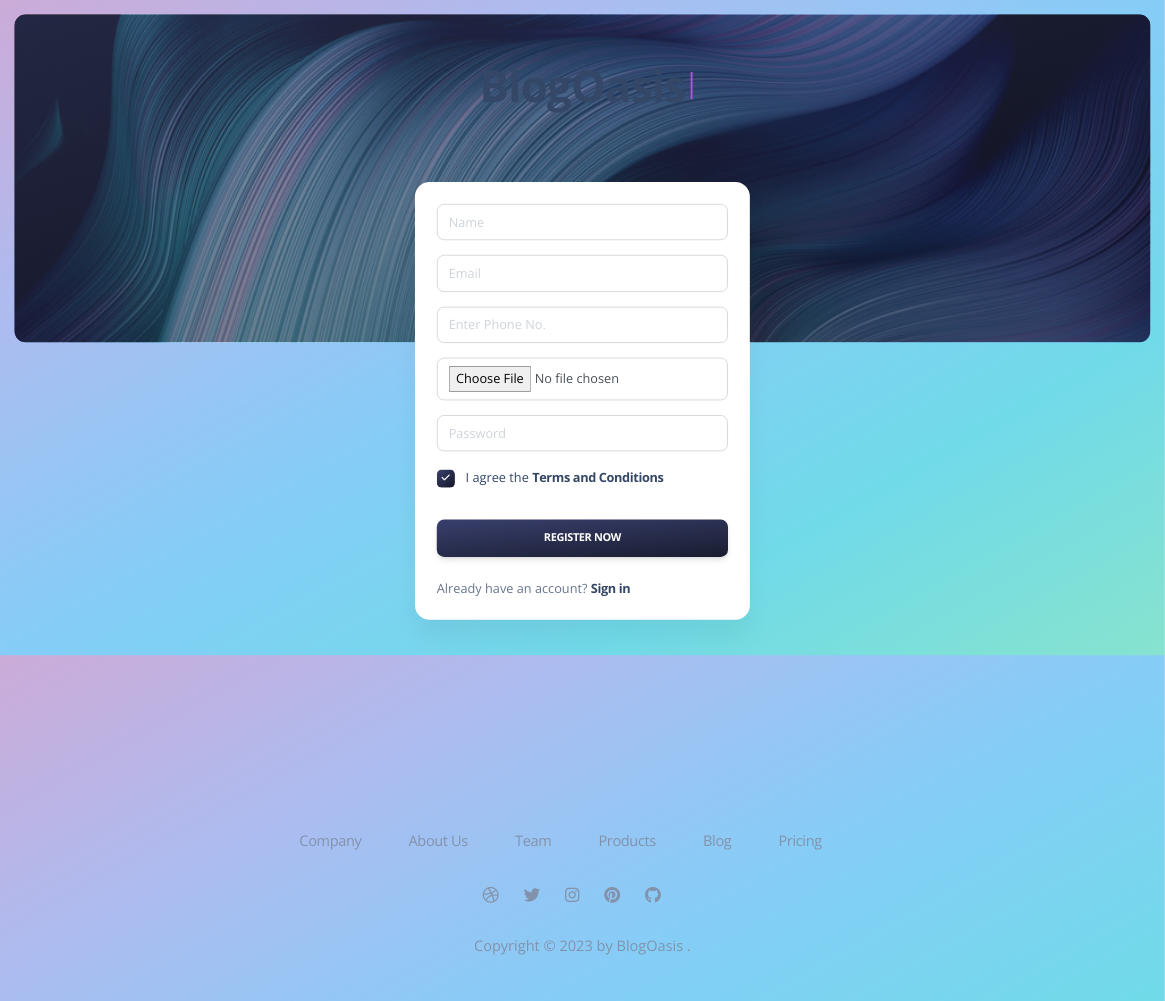
Repository: jigar-64/BlogOasis
Page: http://localhost/blogoasis/admin/pages/sign-up.php
The author's editor kept a copy of each file at every save. The page is drawn from the files as they stood at one save, then again after the next save.
The browser window is 1280 px wide. The pictures show the whole page, at 91% of full size.
Backgrounds fixed to the window are drawn as part of the page. Some web libraries are served in a nearby version. The page is run by PHP 8.4 with error messages shown; the project is at /var/www/html/.

Above is the page before, as saved 2023-08-13 02:25:21.

### BlogOasis API/admin/pages/sign-up.php

<!DOCTYPE html>
<html lang="en">
  <head>
    <meta charset="UTF-8" />
    <meta http-equiv="X-UA-Compatible" content="IE=edge" />
    <meta name="viewport" content="width=device-width, initial-scale=1.0" />
    <link rel="apple-touch-icon" sizes="76x76" href="../assets/img/apple-icon.png" />
    <link rel="icon" type="image/png" href="../assets/img/favicon.png" />
    <title>Soft UI Dashboard Tailwind</title>
    <!-- Fonts and icons -->
    <link href="https://fonts.googleapis.com/css?family=Open+Sans:300,400,600,700" rel="stylesheet" />
    <!-- Font Awesome Icons -->
    <script src="https://kit.fontawesome.com/42d5adcbca.js" crossorigin="anonymous"></script>
    <!-- Nucleo Icons -->
    <link href="../assets/css/nucleo-icons.css" rel="stylesheet" />
    <link href="../assets/css/nucleo-svg.css" rel="stylesheet" />
    <!-- Main Styling -->
    <link href="../assets/css/soft-ui-dashboard-tailwind.css?v=1.0.5" rel="stylesheet" />
<!-- custom css -->
<link rel="stylesheet" href="../assets/css/custom.css">
    <!-- responsive css -->
    <link rel="stylesheet" href="../assets/css/responsive.css">
    <!-- Nepcha Analytics (nepcha.com) -->
    <!-- Nepcha is a easy-to-use web analytics. No cookies and fully compliant with GDPR, CCPA and PECR. -->
    <script defer data-site="YOUR_DOMAIN_HERE" src="https://api.nepcha.com/js/nepcha-analytics.js"></script>
    <style>

.typeAnimation {
    color: white;
    font-size: 2rem;
    font-weight: 600;
    position: relative;
}

.typeAnimation span {
    color: #bfb6f5e8;
    position: relative;
}

.typeAnimation span::before {
    content: "";
    height: 30px;
    width: 2px;
    position: absolute;
    top: 50%;
    right: -8px;
    background: #BD53ED;
    transform: translateY(-50%); /* Adjusted position for better alignment */
    animation: blink 0.7s infinite;
}
.typeAnimation span.stop-blinking::before {
    animation: none;
}
@keyframes blink {
    50% {
        opacity: 0;
    }
}

/* Responsive animation styles for smaller screens */
@media screen and (max-width: 640px) {
    .typeAnimation {
        font-size: 1.5rem;
    }

    .typeAnimation span::before {
        height: 20px;
        width: 2px;
        right: -5px; /* Adjusted position */
    }
}

    </style>
  </head>

  <body class="m-0 font-sans antialiased font-normal bg-white text-start text-base leading-default text-slate-500 bg-body">



    <main class="mt-0 transition-all duration-200 ease-soft-in-out">
      <section class="min-h-screen mb-32">
        <div class="relative flex items-start pt-12 pb-56 m-4 overflow-hidden bg-center bg-cover min-h-50-screen rounded-xl" style="background-image: url('../assets/img/curved-images/curved14.jpg')">
          <span class="absolute top-0 left-0 w-full h-full bg-center bg-cover bg-gradient-to-tl from-gray-900 to-slate-800 opacity-60"></span>
          <div class="container z-10">
            <div class="flex flex-wrap justify-center -mx-3">
              <div class="w-full max-w-full px-3 mx-auto mt-0 text-center lg:flex-0 shrink-0 lg:w-5/12">
                    <div class="typeAnimation">
                       <h1 >BlogOasis <span></span> </h1>

                  </div>
                <!-- <p class="text-white">Use these awesome forms to login or create new account in your project for free.</p> -->
              </div>
            </div>
          </div>
        </div>
        <div class="container">
          <div class="flex flex-wrap -mx-3 -mt-48 md:-mt-56 lg:-mt-48">
            <div class="w-full max-w-full px-3 mx-auto mt-0 md:flex-0 shrink-0 md:w-7/12 lg:w-5/12 xl:w-4/12">
              <div class="relative z-0 flex flex-col min-w-0 break-words bg-white border-0 shadow-soft-xl rounded-2xl bg-clip-border">

                <div class="flex-auto p-6">
                  <form action="" role="form text-left" method="post" enctype="multipart/form-data" >
                    <div class="mb-4">
                      <input type="text" class="text-sm focus:shadow-soft-primary-outline leading-5.6 ease-soft block w-full appearance-none rounded-lg border border-solid border-gray-300 bg-white bg-clip-padding py-2 px-3 font-normal text-gray-700 transition-all focus:border-fuchsia-300 focus:bg-white focus:text-gray-700 focus:outline-none focus:transition-shadow" placeholder="Name" aria-label="Name" aria-describedby="email-addon" name="user_name" required/>
                    </div>
                    <div class="mb-4">
                      <input type="email" class="text-sm focus:shadow-soft-primary-outline leading-5.6 ease-soft block w-full appearance-none rounded-lg border border-solid border-gray-300 bg-white bg-clip-padding py-2 px-3 font-normal text-gray-700 transition-all focus:border-fuchsia-300 focus:bg-white focus:text-gray-700 focus:outline-none focus:transition-shadow" placeholder="Email" aria-label="Email" aria-describedby="email-addon" name="user_email" required />
                    </div>
                    <div class="mb-4">
                      <input type="text" class="text-sm focus:shadow-soft-primary-outline leading-5.6 ease-soft block w-full appearance-none rounded-lg border border-solid border-gray-300 bg-white bg-clip-padding py-2 px-3 font-normal text-gray-700 transition-all focus:border-fuchsia-300 focus:bg-white focus:text-gray-700 focus:outline-none focus:transition-shadow" placeholder="Enter Phone No." aria-label="pno" aria-describedby="email-addon" name="user_phoneNo" required />
                    </div>
                    <div class="mb-4">
                      <input type="file" class="text-sm focus:shadow-soft-primary-outline leading-5.6 ease-soft block w-full appearance-none rounded-lg border border-solid border-gray-300 bg-white bg-clip-padding py-2 px-3 font-normal text-gray-700 transition-all focus:border-fuchsia-300 focus:bg-white focus:text-gray-700 focus:outline-none focus:transition-shadow" placeholder="" aria-label="pno" aria-describedby="email-addon" name="user_img" required/>
                    </div>
                    <div class="mb-4">
                      <input type="password" class="text-sm focus:shadow-soft-primary-outline leading-5.6 ease-soft block w-full appearance-none rounded-lg border border-solid border-gray-300 bg-white bg-clip-padding py-2 px-3 font-normal text-gray-700 transition-all focus:border-fuchsia-300 focus:bg-white focus:text-gray-700 focus:outline-none focus:transition-shadow" placeholder="Password" aria-label="Password" aria-describedby="password-addon" name="user_pass" required/>
                    </div>
                    <div class="min-h-6 pl-6.92 mb-0.5 block">
                      <input id="terms" class="w-4.92 h-4.92 ease-soft -ml-6.92 rounded-1.4 checked:bg-gradient-to-tl checked:from-gray-900 checked:to-slate-800 after:text-xxs after:font-awesome after:duration-250 after:ease-soft-in-out duration-250 relative float-left mt-1 cursor-pointer appearance-none border border-solid border-slate-200 bg-white bg-contain bg-center bg-no-repeat align-top transition-all after:absolute after:flex after:h-full after:w-full after:items-center after:justify-center after:text-white after:opacity-0 after:transition-all after:content-['\f00c'] checked:border-0 checked:border-transparent checked:bg-transparent checked:after:opacity-100" type="checkbox" value="" checked />
                      <label class="mb-2 ml-1 font-normal cursor-pointer select-none text-sm text-slate-700" for="terms"> I agree the <a href="javascript:;" class="font-bold text-slate-700">Terms and Conditions</a> </label>
                    </div>
                    <div class="text-center">
                      <button type="submit" class="inline-block w-full px-6 py-3 mt-6 mb-2 font-bold text-center text-white uppercase align-middle transition-all bg-transparent border-0 rounded-lg cursor-pointer active:opacity-85 hover:scale-102 hover:shadow-soft-xs leading-pro text-xs ease-soft-in tracking-tight-soft shadow-soft-md bg-150 bg-x-25 bg-gradient-to-tl from-gray-900 to-slate-800 hover:border-slate-700 hover:bg-slate-700 hover:text-white" name="register">Register Now</button>
                    </div>
                    <p class="mt-4 mb-0 leading-normal text-sm">Already have an account? <a href="../pages/sign-in.html" class="font-bold text-slate-700">Sign in</a></p>
                  </form>
                </div>
              </div>
            </div>
          </div>
        </div>
      </section>
      <!-- -------- START FOOTER 3 w/ COMPANY DESCRIPTION WITH LINKS & SOCIAL ICONS & COPYRIGHT ------- -->
      <footer class="py-12">
        <div class="container">
          <div class="flex flex-wrap -mx-3">
            <div class="flex-shrink-0 w-full max-w-full mx-auto mb-6 text-center lg:flex-0 lg:w-8/12">
              <a href="#" target="_blank" class="mb-2 mr-4 text-slate-400 sm:mb-0 xl:mr-12"> Company </a>
              <a href="#" target="_blank" class="mb-2 mr-4 text-slate-400 sm:mb-0 xl:mr-12"> About Us </a>
              <a href="#" target="_blank" class="mb-2 mr-4 text-slate-400 sm:mb-0 xl:mr-12"> Team </a>
              <a href="#" target="_blank" class="mb-2 mr-4 text-slate-400 sm:mb-0 xl:mr-12"> Products </a>
              <a href="#" target="_blank" class="mb-2 mr-4 text-slate-400 sm:mb-0 xl:mr-12"> Blog </a>
              <a href="#" target="_blank" class="mb-2 mr-4 text-slate-400 sm:mb-0 xl:mr-12"> Pricing </a>
            </div>
            <div class="flex-shrink-0 w-full max-w-full mx-auto mt-2 mb-6 text-center lg:flex-0 lg:w-8/12">
              <a href="#" target="_blank" class="mr-6 text-slate-400">
                <span class="text-lg fab fa-dribbble"></span>
              </a>
              <a href="#" target="_blank" class="mr-6 text-slate-400">
                <span class="text-lg fab fa-twitter"></span>
              </a>
              <a href="#" target="_blank" class="mr-6 text-slate-400">
                <span class="text-lg fab fa-instagram"></span>
              </a>
              <a href="#" target="_blank" class="mr-6 text-slate-400">
                <span class="text-lg fab fa-pinterest"></span>
              </a>
              <a href="#" target="_blank" class="mr-6 text-slate-400">
                <span class="text-lg fab fa-github"></span>
              </a>
            </div>
          </div>
          <div class="flex flex-wrap -mx-3">
            <div class="w-8/12 max-w-full px-3 mx-auto mt-1 text-center flex-0">
              <p class="mb-0 text-slate-400">
                Copyright ©
                <script>
                  document.write(new Date().getFullYear());
                </script>
                 by BlogOasis .
              </p>
            </div>
          </div>
        </div>
      </footer>
      <!-- -------- END FOOTER 3 w/ COMPANY DESCRIPTION WITH LINKS & SOCIAL ICONS & COPYRIGHT ------- -->
    </main>
  </body>
  <!-- plugin for scrollbar  -->
  <script src="../assets/js/plugins/perfect-scrollbar.min.js" async></script>
  <!-- main script file  -->
  <script src="../assets/js/soft-ui-dashboard-tailwind.js?v=1.0.5" async></script>
  <script>
    const dynamicText = document.querySelector("h1 span");
const words = ["WELCOME YOU", "CREATE BLOG BY YOUR SELEF", "SHOW YOUR KNOWLEDGE", "START NOW","WORK WITH ONE OF US"];

// Variables to track the position and deletion status of the word
let wordIndex = 0;
let charIndex = 0;
let isDeleting = false;

const typeEffect = () => {
    const currentWord = words[wordIndex];
    const currentChar = currentWord.substring(0, charIndex);
    dynamicText.textContent = currentChar;
    dynamicText.classList.add("stop-blinking");

    if (!isDeleting && charIndex < currentWord.length) {
        // If condition is true, type the next character
        charIndex++;
        setTimeout(typeEffect, 200);
    } else if (isDeleting && charIndex > 0) {
        // If condition is true, remove the previous character
        charIndex--;
        setTimeout(typeEffect, 100);
    } else {
        // If word is deleted then switch to the next word
        isDeleting = !isDeleting;
        dynamicText.classList.remove("stop-blinking");
        wordIndex = !isDeleting ? (wordIndex + 1) % words.length : wordIndex;
        setTimeout(typeEffect, 1200);
    }
}

typeEffect();



  </script>
</html>

### BlogOasis API/admin/assets/css/nucleo-svg.css
/* Generated using nucleoapp.com */
/* --------------------------------

Icon colors

-------------------------------- */

.icon {
  display: inline-block;
  /* icon primary color */
  color: #111111;
  height: 1em;
  width: 1em;
}

.icon use {
  /* icon secondary color - fill */
  fill: #7ea6f6;
}

.icon.icon-outline use {
  /* icon secondary color - stroke */
  stroke: #7ea6f6;
}

/* --------------------------------

Change icon size

-------------------------------- */

.icon-xs {
  height: 0.5em;
  width: 0.5em;
}

.icon-sm {
  height: 0.8em;
  width: 0.8em;
}

.icon-lg {
  height: 1.6em;
  width: 1.6em;
}

.icon-xl {
  height: 2em;
  width: 2em;
}

/* --------------------------------

Align icon and text

-------------------------------- */

.icon-text-aligner {
  /* add this class to parent element that contains icon + text */
  display: flex;
  align-items: center;
}

.icon-text-aligner .icon {
  color: inherit;
  margin-right: 0.4em;
}

.icon-text-aligner .icon use {
  color: inherit;
  fill: currentColor;
}

.icon-text-aligner .icon.icon-outline use {
  stroke: currentColor;
}

/* --------------------------------

Icon reset values - used to enable color customizations

-------------------------------- */

.icon {
  fill: currentColor;
  stroke: none;
}

.icon.icon-outline {
  fill: none;
  stroke: currentColor;
}

.icon use {
  stroke: none;
}

.icon.icon-outline use {
  fill: none;
}

/* --------------------------------

Stroke effects - Nucleo outline icons

- 16px icons -> up to 1px stroke (16px outline icons do not support stroke changes)
- 24px, 32px icons -> up to 2px stroke
- 48px, 64px icons -> up to 4px stroke

-------------------------------- */

.icon-outline.icon-stroke-1 {
  stroke-width: 1px;
}

.icon-outline.icon-stroke-2 {
  stroke-width: 2px;
}

.icon-outline.icon-stroke-3 {
  stroke-width: 3px;
}

.icon-outline.icon-stroke-4 {
  stroke-width: 4px;
}

.icon-outline.icon-stroke-1 use,
.icon-outline.icon-stroke-3 use {
  -webkit-transform: translateX(0.5px) translateY(0.5px);
  -moz-transform: translateX(0.5px) translateY(0.5px);
  -ms-transform: translateX(0.5px) translateY(0.5px);
  -o-transform: translateX(0.5px) translateY(0.5px);
  transform: translateX(0.5px) translateY(0.5px);
}

### BlogOasis API/admin/assets/css/custom.css
/* s */
.navlogo{
    margin: 12px;
}
.navColor{
    background-color: lavender;
}
.bg-body {
   background-attachment: fixed;
  background-image: linear-gradient(to right bottom, #ccabd8, #acbcf0, #85cdf7, #71dae9, #86e3ce);
  }

  .adjustBredcrum{
    padding: unset;
  }

  a {
    text-decoration: none;
    color: black;
  }
  .textareaResize{
    resize: none;
  }
  #blogContent::-webkit-scrollbar{
    display: none;
  }

### BlogOasis API/admin/assets/css/responsive.css
@media screen and (max-width: 443px) {


    .navlogo{
        margin: 12px;
    }
}

### BlogOasis API/admin/assets/css/perfect-scrollbar.css
/*
 * Container style
 */
.ps {
  overflow: hidden !important;
  overflow-anchor: none;
  -ms-overflow-style: none;
  touch-action: auto;
  -ms-touch-action: auto;
}

/*
   * Scrollbar rail styles
   */
.ps__rail-x {
  display: none;
  opacity: 0;
  transition: background-color 0.2s linear, opacity 0.2s linear;
  -webkit-transition: background-color 0.2s linear, opacity 0.2s linear;
  height: 15px;
  /* there must be 'bottom' or 'top' for ps__rail-x */
  bottom: 0px;
  /* please don't change 'position' */
  position: absolute;
}

.ps__rail-y {
  display: none;
  opacity: 0;
  transition: background-color 0.2s linear, opacity 0.2s linear;
  -webkit-transition: background-color 0.2s linear, opacity 0.2s linear;
  width: 15px;
  /* there must be 'right' or 'left' for ps__rail-y */
  right: 0;
  /* please don't change 'position' */
  position: absolute;
}

.ps--active-x > .ps__rail-x,
.ps--active-y > .ps__rail-y {
  display: block;
  background-color: transparent;
}

.ps:hover > .ps__rail-x,
.ps:hover > .ps__rail-y,
.ps--focus > .ps__rail-x,
.ps--focus > .ps__rail-y,
.ps--scrolling-x > .ps__rail-x,
.ps--scrolling-y > .ps__rail-y {
  opacity: 0.6;
}

.ps .ps__rail-x:hover,
.ps .ps__rail-y:hover,
.ps .ps__rail-x:focus,
.ps .ps__rail-y:focus,
.ps .ps__rail-x.ps--clicking,
.ps .ps__rail-y.ps--clicking {
  background-color: #eee;
  opacity: 0.9;
}

/*
   * Scrollbar thumb styles
   */
.ps__thumb-x {
  background-color: #aaa;
  border-radius: 6px;
  transition: background-color 0.2s linear, height 0.2s ease-in-out;
  -webkit-transition: background-color 0.2s linear, height 0.2s ease-in-out;
  height: 6px;
  /* there must be 'bottom' for ps__thumb-x */
  bottom: 2px;
  /* please don't change 'position' */
  position: absolute;
}

.ps__thumb-y {
  background-color: #aaa;
  border-radius: 6px;
  transition: background-color 0.2s linear, width 0.2s ease-in-out;
  -webkit-transition: background-color 0.2s linear, width 0.2s ease-in-out;
  width: 6px;
  /* there must be 'right' for ps__thumb-y */
  right: 2px;
  /* please don't change 'position' */
  position: absolute;
}

.ps__rail-x:hover > .ps__thumb-x,
.ps__rail-x:focus > .ps__thumb-x,
.ps__rail-x.ps--clicking .ps__thumb-x {
  background-color: #999;
  height: 11px;
}

.ps__rail-y:hover > .ps__thumb-y,
.ps__rail-y:focus > .ps__thumb-y,
.ps__rail-y.ps--clicking .ps__thumb-y {
  background-color: #999;
  width: 11px;
}

/* MS supports */
@supports (-ms-overflow-style: none) {
  .ps {
    overflow: auto !important;
  }
}

@media screen and (-ms-high-contrast: active), (-ms-high-contrast: none) {
  .ps {
    overflow: auto !important;
  }
}

Loaded but not shown: BlogOasis API/admin/assets/js/plugins/perfect-scrollbar.min.js (library); BlogOasis API/admin/assets/js/soft-ui-dashboard-tailwind.js (79 lines, source omitted); BlogOasis API/admin/assets/js/perfect-scrollbar.js (36 lines, source omitted); BlogOasis API/admin/assets/css/soft-ui-dashboard-tailwind.css (4273 lines, source omitted); BlogOasis API/admin/assets/css/nucleo-icons.css (597 lines, source omitted)

After the next save:
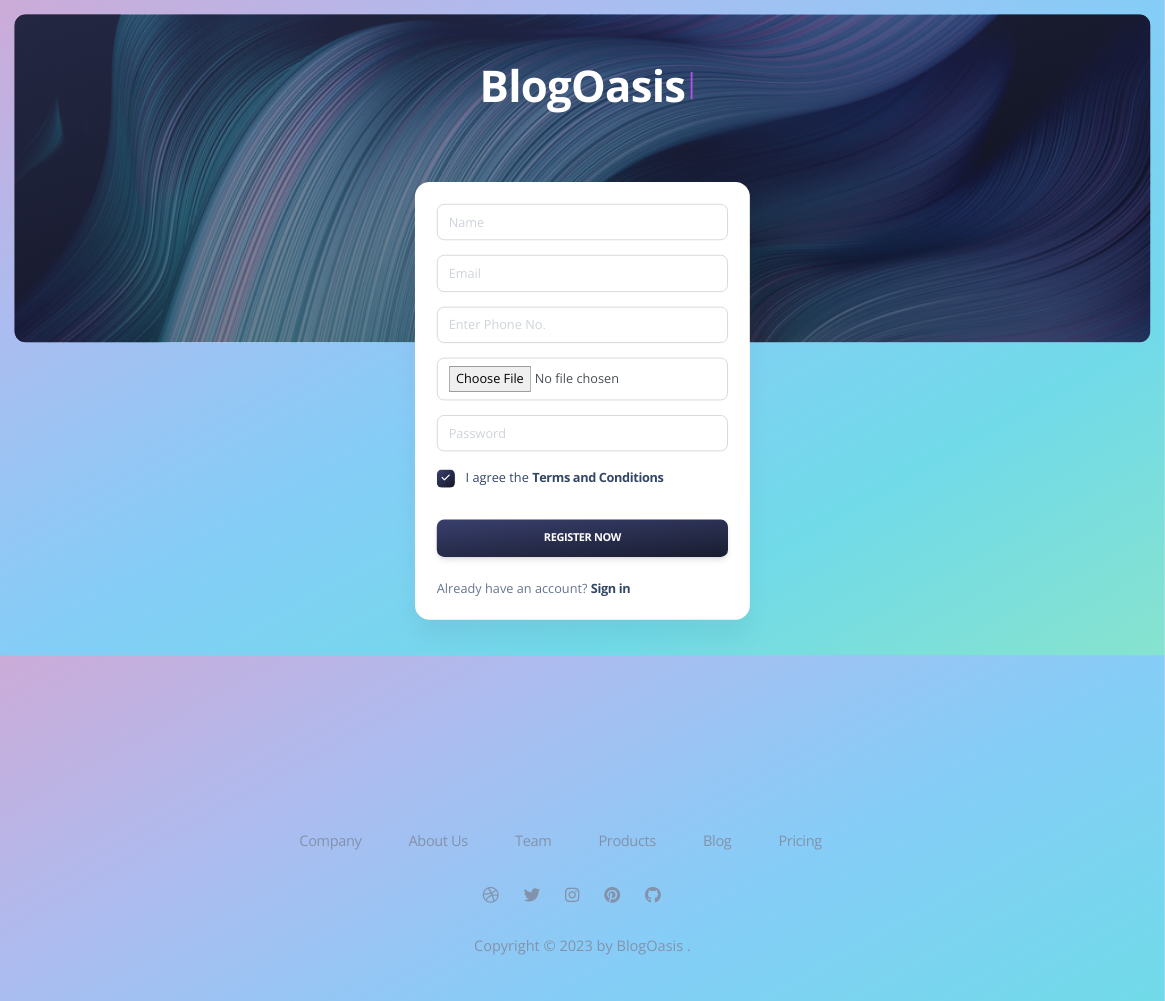
Saved 54 s later.
--- a/BlogOasis API/admin/pages/sign-up.php
+++ b/BlogOasis API/admin/pages/sign-up.php
@@ -27,7 +27,7 @@
     <style>
 
 .typeAnimation {
-    color: white;
+
     font-size: 2rem;
     font-weight: 600;
     position: relative;
@@ -86,7 +86,7 @@
             <div class="flex flex-wrap justify-center -mx-3">
               <div class="w-full max-w-full px-3 mx-auto mt-0 text-center lg:flex-0 shrink-0 lg:w-5/12">
                     <div class="typeAnimation">
-                       <h1 >BlogOasis <span></span> </h1>
+                       <h1 style="color: white;" >BlogOasis <span></span> </h1>
 
                   </div>
                 <!-- <p class="text-white">Use these awesome forms to login or create new account in your project for free.</p> -->
